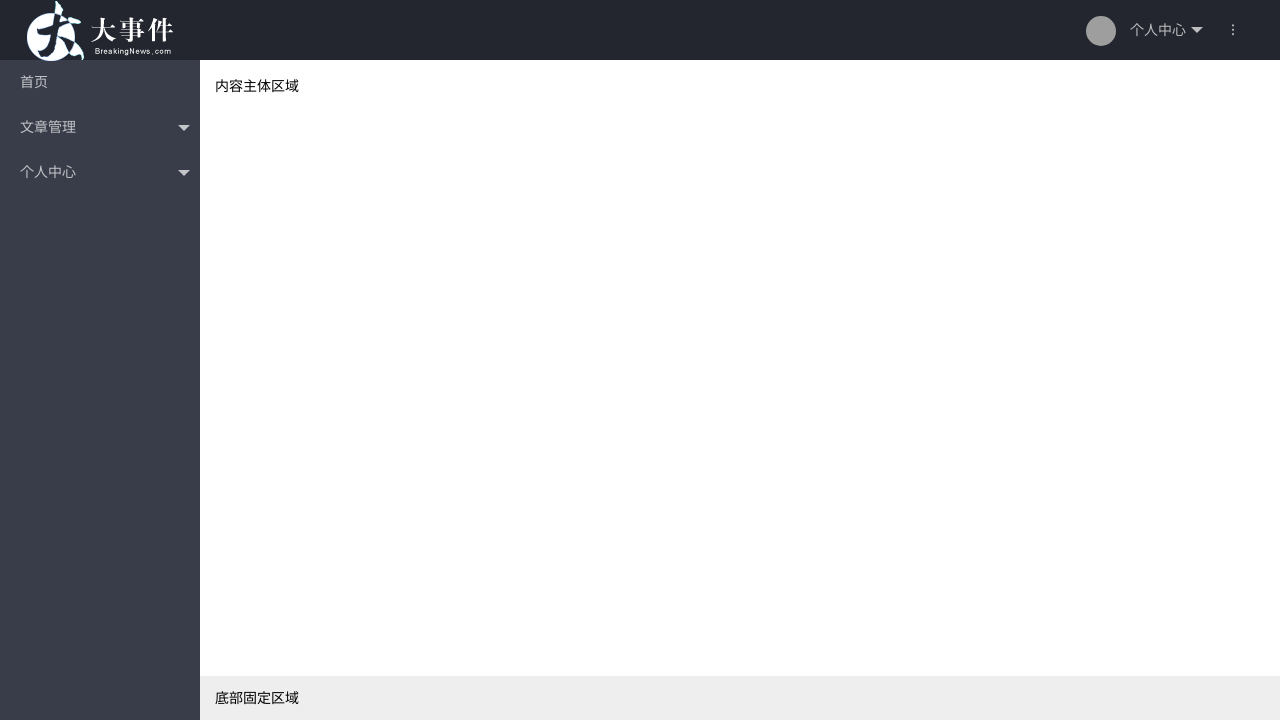
Repository: lithronmatic/web_bigbigevent
Page: index.html
An editor plug-in stored every save of this project. The page is shown before and after the next save, followed by the edit.
The browser window is 1280 px wide. The pictures show the whole page.
Pictures or frames that could not be fetched are drawn as grey boxes. The page's requests for data from a server got no answer.

Above is the page before, as saved 2022-09-03 08:53:41.

### index.html
<!DOCTYPE html>
<html lang="en">

<head>
    <meta charset="UTF-8">
    <meta http-equiv="X-UA-Compatible" content="IE=edge">
    <meta name="viewport" content="width=device-width, initial-scale=1.0">
    <title>后台主页</title>
    <link rel="stylesheet" href="./assets/lib/layui/css/layui.css">
</head>

<body>
    <div class="layui-layout layui-layout-admin">
        <div class="layui-header">
            <div class="layui-logo">
                <img src="./assets/images/logo.png" alt="">
            </div>
            <!-- 头部区域（可配合layui 已有的水平导航） -->
            <ul class="layui-nav layui-layout-right">
                <li class="layui-nav-item layui-hide layui-show-md-inline-block">
                    <a href="javascript:;">
                        <img src="//tva1.sinaimg.cn/crop.0.0.118.118.180/5db11ff4gw1e77d3nqrv8j203b03cweg.jpg"
                            class="layui-nav-img">
                        个人中心
                    </a>
                    <dl class="layui-nav-child">
                        <dd><a href="">基本资料</a></dd>
                        <dd><a href="">更换头像</a></dd>
                        <dd><a href="">重置密码</a></dd>
                    </dl>
                </li>
                <li class="layui-nav-item" lay-header-event="menuRight" lay-unselect>
                    <a href="javascript:;">
                        <i class="layui-icon layui-icon-more-vertical"></i>
                    </a>
                </li>
            </ul>
        </div>

        <div class="layui-side layui-bg-black">
            <div class="layui-side-scroll">
                <!-- 左侧导航区域（可配合layui已有的垂直导航） -->
                <ul class="layui-nav layui-nav-tree" lay-filter="test">
                    <li class="layui-nav-item"><a href="">首页</a></li>
                    <li class="layui-nav-item">
                        <a class="" href="javascript:;">文章管理</a>
                        <dl class="layui-nav-child">
                            <dd><a href="javascript:;">文章类别</a></dd>
                            <dd><a href="javascript:;">文章列表</a></dd>
                            <dd><a href="javascript:;">发布文章</a></dd>
                        </dl>
                    </li>
                    <li class="layui-nav-item">
                        <a href="javascript:;">个人中心</a>
                        <dl class="layui-nav-child">
                            <dd><a href="javascript:;">基本资料</a></dd>
                            <dd><a href="javascript:;">更换头像</a></dd>
                            <dd><a href="javascript:;">重置密码</a></dd>
                        </dl>
                    </li>
                </ul>
            </div>
        </div>

        <div class="layui-body">
            <!-- 内容主体区域 -->
            <div style="padding: 15px;">内容主体区域</div>
        </div>

        <div class="layui-footer">
            <!-- 底部固定区域 -->
            底部固定区域
        </div>
    </div>

    <!-- 导入layui.js文件 -->
    <script src="./assets/lib/layui/layui.all.js"></script>
    <!-- 导入jquery -->
    <script src="./assets/lib/jquery.js"></script>
    <!-- 导入baseAPI -->
    <script src="./assets/js/baseAPI.js"></script>
    <!-- 导入自己的js -->
    <script src="./assets/js/index.js"></script>
</body>

</html>

### assets/js/baseAPI.js
// 在调用$.get()或$.post()或$.ajax()之前，都会先调用
// $.ajaxPrefilter这个函数
$.ajaxPrefilter(function(options){
    // console.log(options.url);//
    // 在发起真正的Ajax请求之前，统一拼接请求的根路径
    options.url = "http://www.liulongbin.top:3007" + options.url;
})

### assets/js/index.js
// $(function(){
//     getUserInfo();
// })

// var layer = layui.layer;
// // 获取用户的基本信息
// function getUserInfo(){
//     $.ajax({
//         method:'GET',
//         url:'/my/userinfo',
//         // headers就是请求头配置对象
//         headers:{
//             Authorization:localStorage.getItem('token') || ""
//         },
//         success:function(res){
//            if(res.status!==0){
//              return layui.layer.msg('获取用户信息失败!');
//            }
//         //调用renderAvatar 渲染用户的头像
//         renderAvatar(res.data);
//         }
//     })
// }

// // 渲染用户的头像
// function renderAvatar(user){
//     // 1.获取用户名称
//     var name = user.nickname || user.username;
//     // 2.设置欢迎的文本
//     $('#welcome').html('欢迎&nbsp;&nbsp;'+ name);
//     // 3.按需渲染用户的头像
//     if(user.user_pic!==null){
//         // 3.1渲染图片头像
//         $(".layui-nav-img").attr('src',user.user_pic).show();
//         // 让文本头像隐藏
//         $(".text-avatar").hide();
//     }else{
//         // 3.2渲染文本头像
//         // 让图片头像隐藏
//         $(".layui-nav-img").hide();
//         //渲染文本头像
//         var first = name[0].toUpperCase();
//         $(".text-avatar").html(first).show();
//     }
// }

$(function(){
    getUserInfo()

})

// 获取用户基本信息
function getUserInfo(){
    $.ajax({
        type:'GET',
        url:'/my/userinfo',
        // headers 请求头配置对象
        headers:{
            Authorization:localStorage.getItem('token')
        },
        success:function(res){
            if(res.status!=0){
                return layui.layer.msg('获取用户信息失败!')
            }
            // 调用renderAvatar渲染用户的头像
            renderAvatar(res.data)
        }
    })
}

// 渲染用户的头像
function renderAvatar(user){

}

### assets/css/index.css
.iconfont{
    margin-right:8px;
}

.layui-icon{
    margin-right:8px;
    margin-left:20px;
}

iframe{
    width: 100%;
    height: 100%;
}

.layui-body{
    overflow: hidden;
}

a{
    transition: none!important;
}

.userinfo{
    height:60px;
    line-height: 60px;
    text-align: center;
    border-bottom:1px solid #282b33;

}

#welcome{
    color:#fff;
    font-size: 12px;
    /* 禁止用户选中 */
    user-select: none;
}

.layui-nav-img{
    width:40px;
    height:40px;
}

.text-avatar{
    display: inline-block;
    width: 40px;
    height:40px;
    font-size: 20px;
    background-color: #009688;
    text-align: center;
    line-height: 40px;
    border-radius: 50%;
    position:relative;
    top:4px;
    margin-right: 10px;
}

.layui-footer{
    text-align: center;
    font-size: 12px;
}

Loaded but not shown: assets/lib/layui/css/layui.css (library); assets/lib/layui/layui.all.js (library); assets/lib/jquery.js (library); assets/lib/layui/css/modules/laydate/default/laydate.css (library); assets/lib/layui/css/modules/layer/default/layer.css (library); assets/lib/layui/css/modules/code.css (common file)

After the next save:
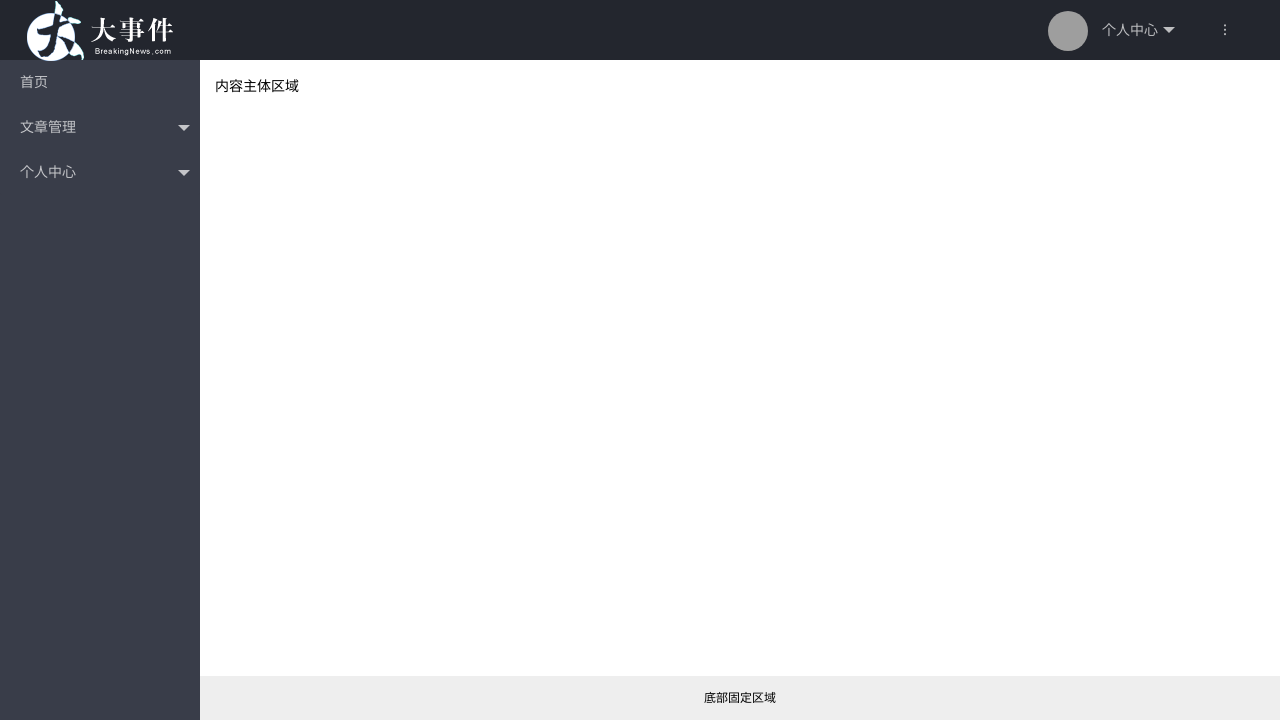
Saved 23 s later.
--- a/index.html
+++ b/index.html
@@ -7,6 +7,7 @@
     <meta name="viewport" content="width=device-width, initial-scale=1.0">
     <title>后台主页</title>
     <link rel="stylesheet" href="./assets/lib/layui/css/layui.css">
+    <link rel="stylesheet" href="./assets/css/index.css">
 </head>
 
 <body>
